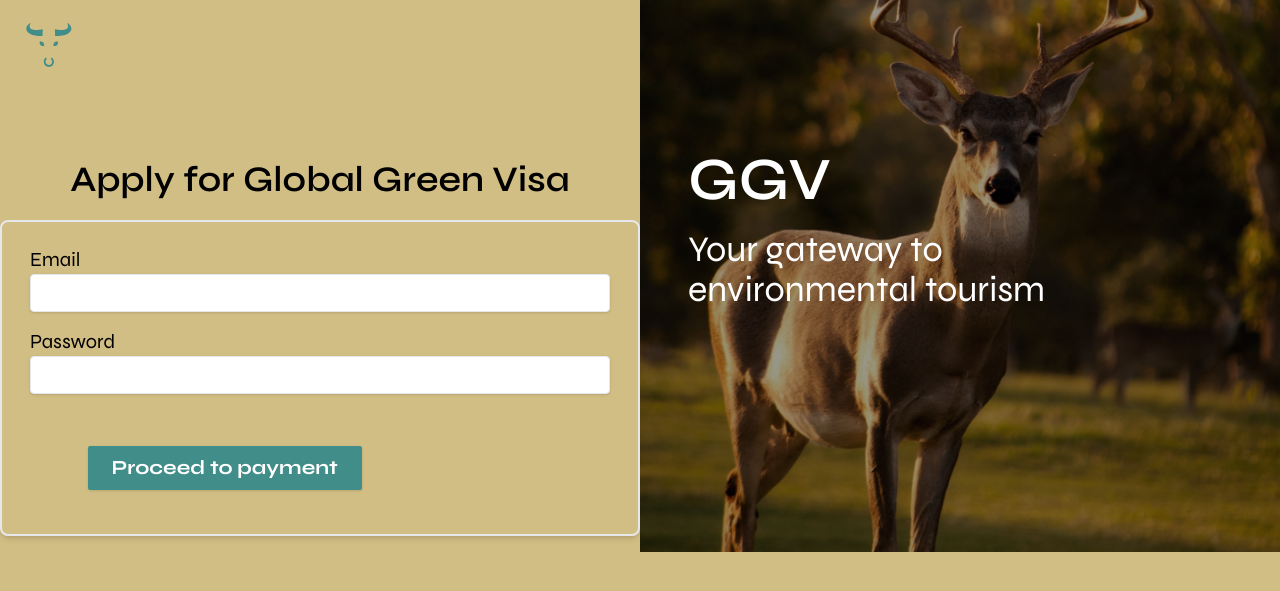
Repository: EngrAhmadUmar/landing-page
Page: /register
The author's editor kept a copy of each file at every save. The page is drawn from the files as they stood at one save, then again after the next save.
The browser window is 1280 px wide. The pictures show the whole page.
The project was rebuilt for these pictures with package versions that can differ from the ones it lists, and the page was loaded fresh each time. The framework's server and built-in components were replaced by stand-ins that run in the browser. Also part of the build but not shown: next.config.js, styles/Home.module.css, src/Components/ApplyPageComponents/ApplyForm.jsx, src/Components/ApplyPageComponents/LoginForm.jsx.

Above is the page before, as saved 2022-07-06 11:17:57.

After the next save:
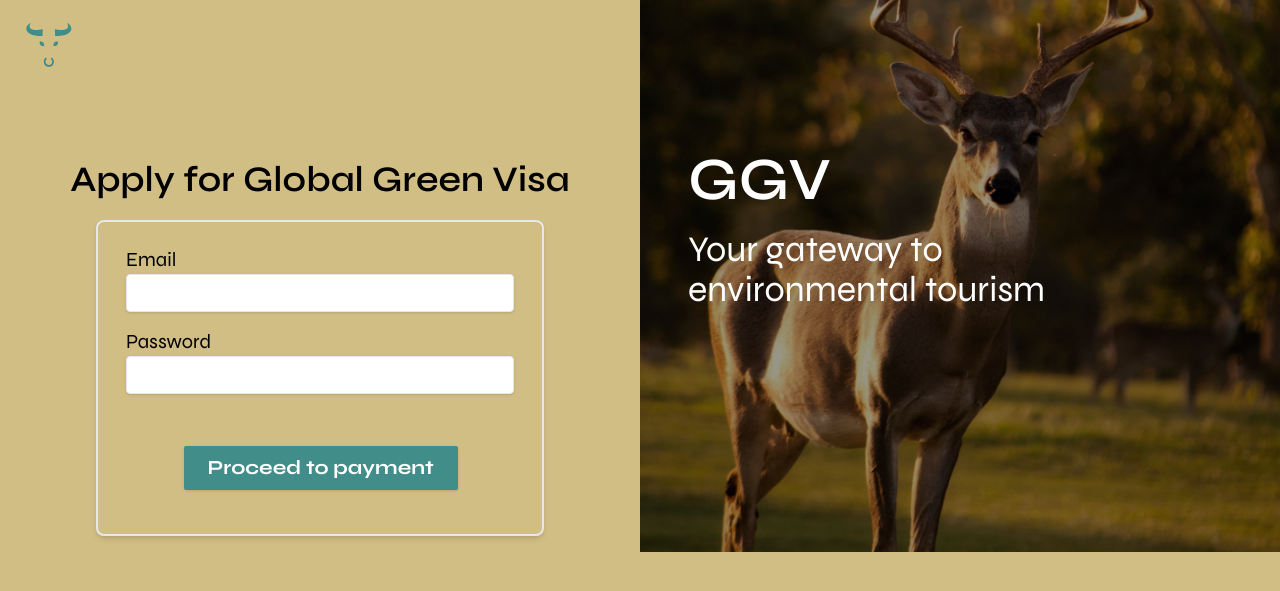
Saved 40 s later.
--- a/src/Components/ApplyPageComponents/RegisterForm.jsx
+++ b/src/Components/ApplyPageComponents/RegisterForm.jsx
@@ -74,7 +74,7 @@ const JoinUs = () => {
           </h3>
           <form
             onSubmit={onSubmit}
-            className="shadow-md rounded-lg px-7 pt-6 pb-8 m-4 lg:mx-12 xl:mx-auto border-gray border-2 font-Syne "
+            className="shadow-md rounded-lg px-7 pt-6 pb-8 m-4 lg:mx-12 xl:mx-auto border-gray border-2 font-Syne md:max-w-md"
           >
             <div className="mb-4">
               <label className="text-lg md:text-xl">Email</label>
